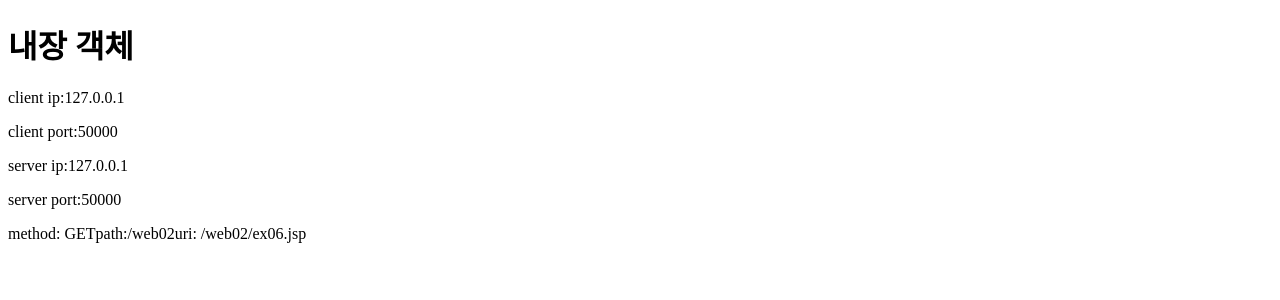
Repository: hwa3845/fullstackjava
Page: http://localhost/web02/ex06.jsp
The author's editor kept a copy of each file at every save. The page is drawn from the files as they stood at one save, then again after the next save.
The browser window is 1280 px wide. The pictures show the whole page.
The page is served by Tomcat 9.

Above is the page before, as saved 2025-04-15 03:18:01.

### webWorkspace/web02/WebContent/ex06.jsp
<%@ page language="java" contentType="text/html; charset=UTF-8"
    pageEncoding="UTF-8"%>
<!DOCTYPE html PUBLIC "-//W3C//DTD HTML 4.01 Transitional//EN" "http://www.w3.org/TR/html4/loose.dtd">
<html>
<head>
<meta http-equiv="Content-Type" content="text/html; charset=UTF-8">
<title>Insert title here</title>
</head>
<body>
<h1>내장 객체</h1>
<%
String addr=request.getRemoteAddr();
out.print("<p>client ip:"+addr+"</p>"); //내 IP 주소
int port=request.getRemotePort();
out.print("<p>client port:"+port+"</p>"); //브라우저가 사용하는 동적 포트

String addr2=request.getServerName();
out.print("<p>server ip:"+addr+"</p>"); //서버측 IP 주소
int port2=request.getServerPort();
out.print("<p>server port:"+port+"</p>");	//서버의 포트번호

String method=request.getMethod();
out.print("method: "+method);	//get 방식(주소로), post 방식(header 부분 안에 숨겨서)
String path=request.getContextPath();
String url=request.getRequestURI();
out.print("path:"+path);
out.print("uri: "+url);
%>
</body>
</html>

After the next save:
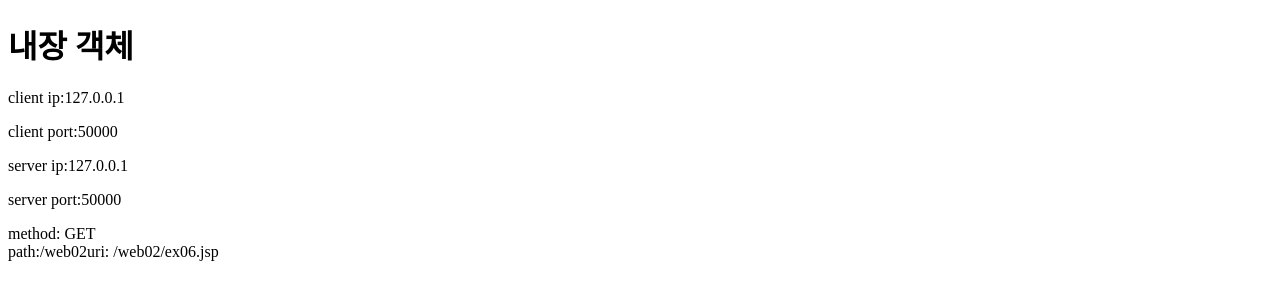
Saved 18 s later.
--- a/webWorkspace/web02/WebContent/ex06.jsp
+++ b/webWorkspace/web02/WebContent/ex06.jsp
@@ -20,7 +20,7 @@ int port2=request.getServerPort();
 out.print("<p>server port:"+port+"</p>");	//서버의 포트번호
 
 String method=request.getMethod();
-out.print("method: "+method);	//get 방식(주소로), post 방식(header 부분 안에 숨겨서)
+out.print("method: "+method+"<br>");	//get 방식(주소로), post 방식(header 부분 안에 숨겨서)
 String path=request.getContextPath();
 String url=request.getRequestURI();
 out.print("path:"+path);
